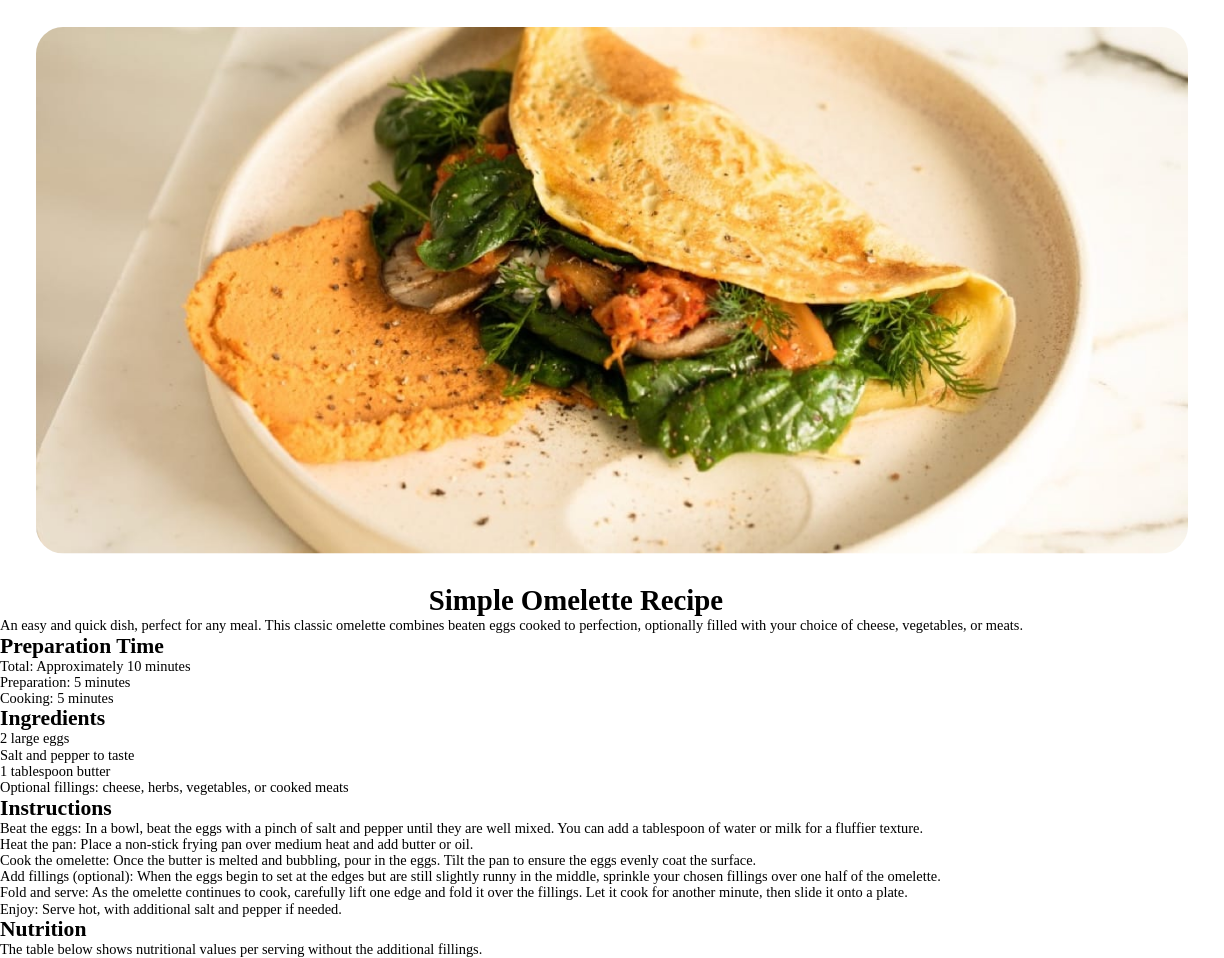
Repository: akbasliogulcan/omletterecipe
Page: index.html
An editor plug-in stored every save of this project. The page is shown before and after the next save, followed by the edit.
The browser window is 1280 px wide. The page is 1360 px wide, so the pictures cover 1360 px, including what lies to the right of the window. The pictures show the whole page, at 90% of full size.

Above is the page before, as saved 2025-07-20 17:36:58.

### index.html
<!DOCTYPE html>
<html lang="en">

<head>
  <meta charset="UTF-8">
  <meta name="viewport" content="width=device-width, initial-scale=1.0">
  <title>simple omelette recipe</title>
  <link rel="stylesheet" href="style.css">
</head>

<body>

  <div class="simple">
    <div class="add">
      <div class="omelette"> <img src="./assets/images/image-omelette.jpeg" alt="omlette-icon">
        <h1> Simple Omelette Recipe</h1>
        <p>An easy and quick dish, perfect for any meal. This classic omelette combines beaten eggs cooked
          to perfection, optionally filled with your choice of cheese, vegetables, or meats.
        </p>
      </div>

      <div class="preparation">
        <h2>Preparation Time</h2>
        <ul>
          <li> <span>Total: </span>Approximately 10 minutes
          </li>
          <li> <span>Preparation: </span>5 minutes</li>
          <li> <span>Cooking: </span>5 minutes</li>

        </ul>
      </div>

      <div class="ingredients">
        <h2>Ingredients</h2>
        <ul>
          <li>2 large eggs</li>
          <li>Salt and pepper to taste</li>
          <li>1 tablespoon butter</li>
          <li>Optional fillings: cheese, herbs, vegetables, or cooked meats</li>
        </ul>
      </div>
      <div class="seperation"></div>

      <div class="instructions">
        <h2>Instructions</h2>
        <ol>
          <li><span>Beat the eggs: </span>In a bowl, beat the eggs with a pinch of salt and pepper until they are well
            mixed.
            You can add a tablespoon of water or milk for a fluffier texture.</li>
          <li><span>Heat the pan: </span>Place a non-stick frying pan over medium heat and add butter or oil.
          </li>
          <li>
            <span>Cook the omelette: </span>Once the butter is melted and bubbling, pour in the eggs. Tilt the pan to
            ensure
            the eggs evenly coat the surface.
          </li>
          <li>
            <span></span>Add fillings (optional): </span>When the eggs begin to set at the edges but are still slightly
            runny in the
            middle, sprinkle your chosen fillings over one half of the omelette.
          </li>
          <li>
            <span> Fold and serve:</span>
            As the omelette continues to cook, carefully lift one edge and fold it over the
            fillings. Let it cook for another minute, then slide it onto a plate.
          </li>
          <li><span> Enjoy:</span> Serve hot, with additional salt and pepper if needed.
          </li>
        </ol>
      </div>
      <div class="seperation"></div>

      <div class="nutrition">
        <div>
          <h2>Nutrition</h2>
          <p> The table below shows nutritional values per serving without the additional fillings.
          </p>
        </div>
      </div>
    </div>
  </div>



</body>

</html>

### style.css
* {
  margin: 0;
  padding: 0;
  box-sizing: border-box;
}

.omelette img {
  max-width: 100%;
  height: auto;
  border-radius: 30px;
  margin: 30px 40px;
}
.omelette h1 {
  text-align: center;
}

.simple {
  background-color: hsl(30, 54%, 90%);
}

.add {
  background-color: white;
  display: block;
}

After the next save:
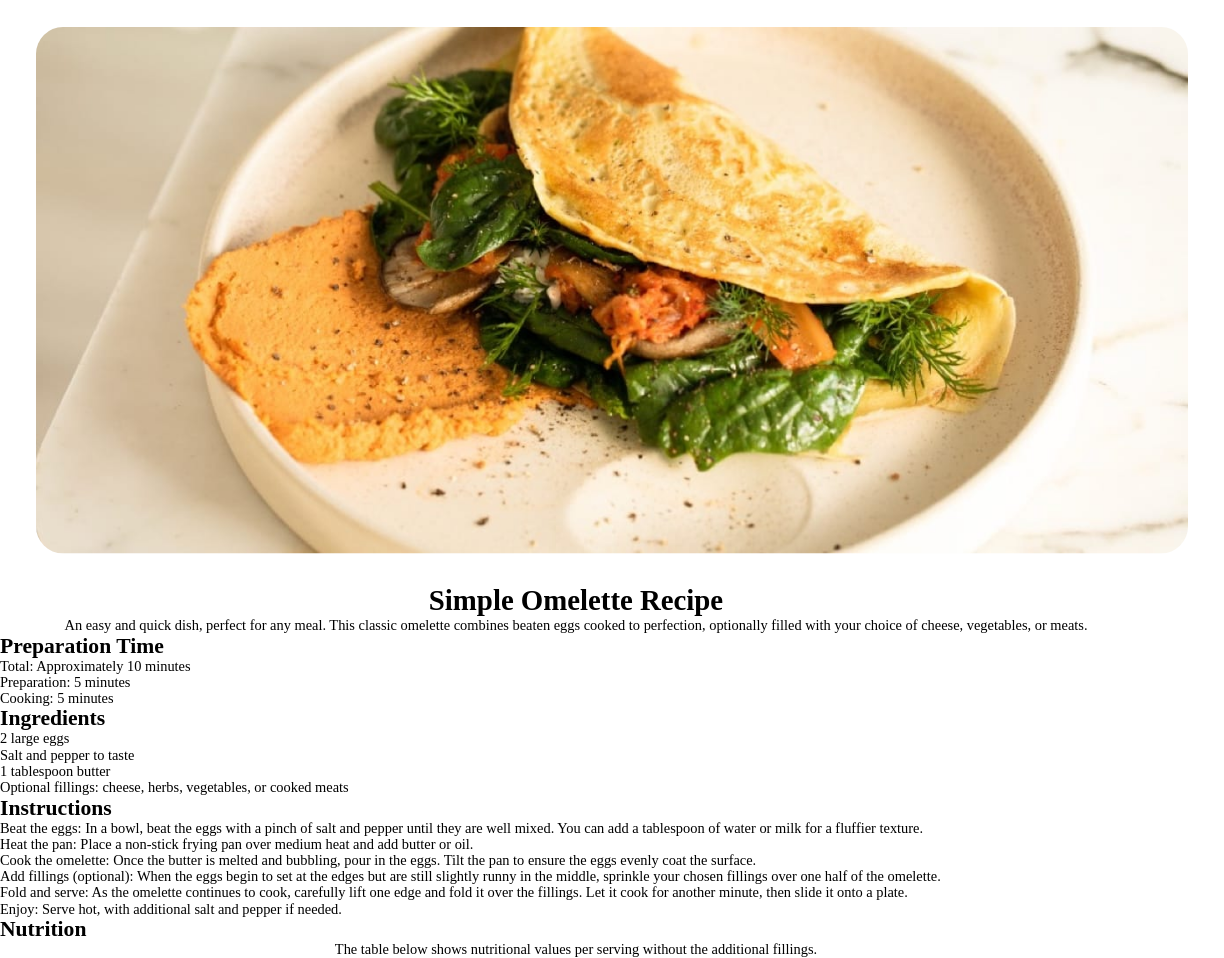
Saved 26 s later.
--- a/style.css
+++ b/style.css
@@ -10,7 +10,8 @@
   border-radius: 30px;
   margin: 30px 40px;
 }
-.omelette h1 {
+.omelette h1,
+p {
   text-align: center;
 }
 

After the save that followed:
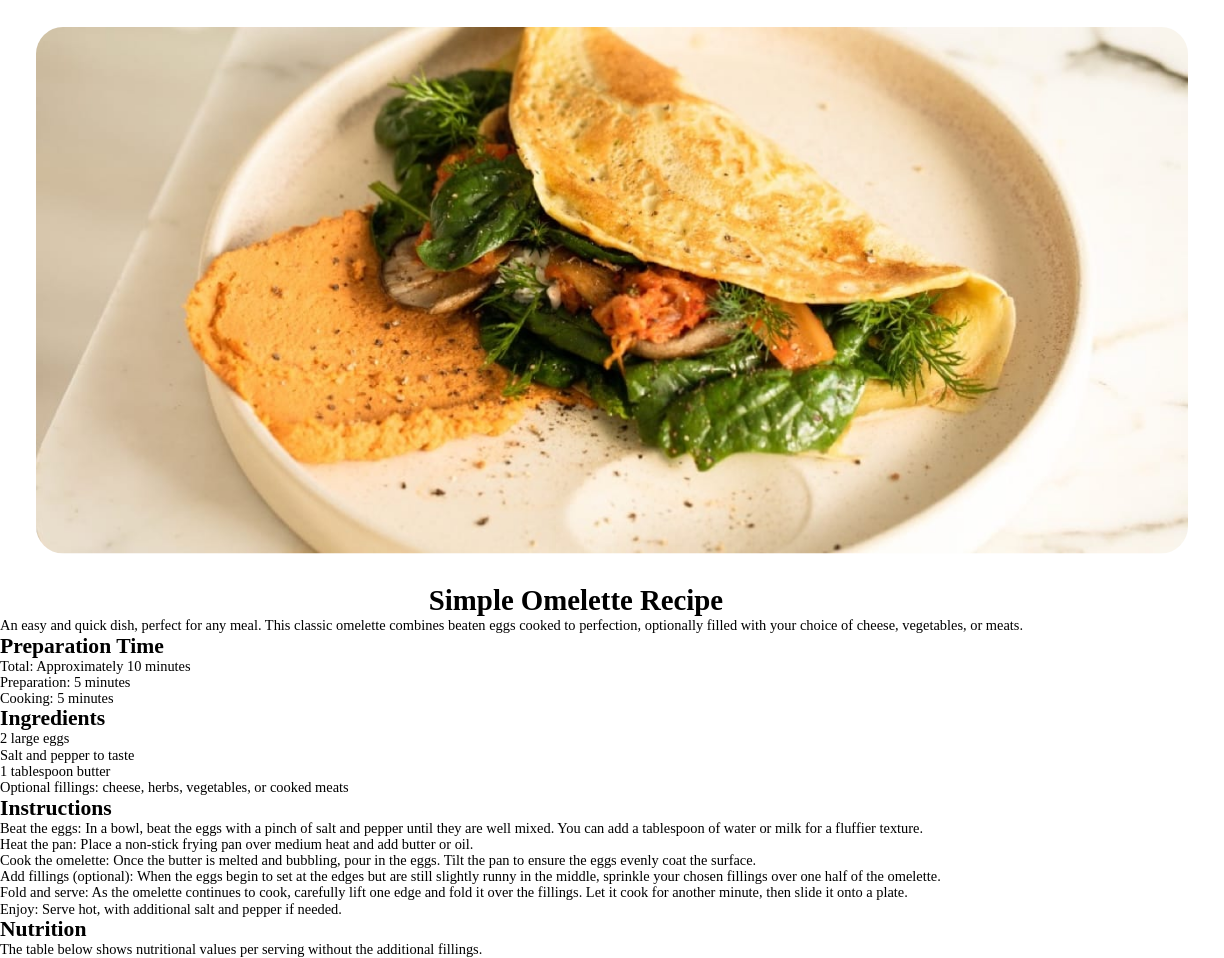
Saved 14 s later.
--- a/style.css
+++ b/style.css
@@ -10,8 +10,7 @@
   border-radius: 30px;
   margin: 30px 40px;
 }
-.omelette h1,
-p {
+.omelette h1 {
   text-align: center;
 }
 
